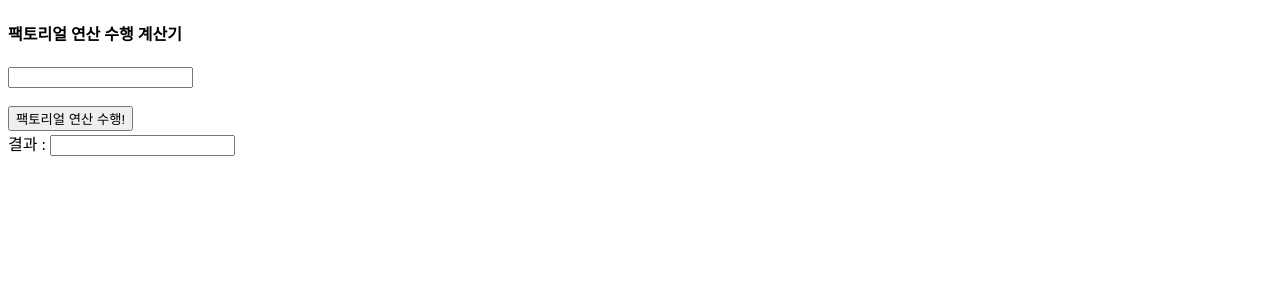
Repository: JavaJin96/kr.or.ddit.WebApp
Page: http://localhost/webStudy01/02/factorial.do
These files come from the project's save history. The page is drawn as it stood at one moment and after the next save; the edit follows.
The browser window is 1280 px wide. The pictures show the whole page.
The page is served by Tomcat 9.

Above is the page before, as saved 2022-02-28 01:26:58.
Console error: SyntaxError: missing ) after argument list

After the next save:
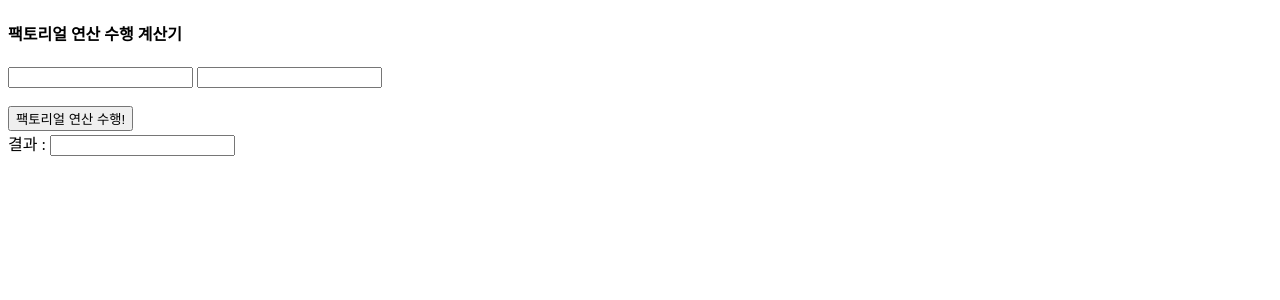
Saved 76 s later.
--- a/6.JspSpring/workspace/webStudy01/webapp/WEB-INF/views/factorial.jsp
+++ b/6.JspSpring/workspace/webStudy01/webapp/WEB-INF/views/factorial.jsp
@@ -14,6 +14,7 @@
 	<h4>팩토리얼 연산 수행 계산기</h4>
 	<form method="post" name="factorialForm">
 	<input type='number' name='num' id="num">
+	<input type="text" name="param1">
 	<br><br>
 	<button type="submit">팩토리얼 연산 수행!</button>
 	</form>
